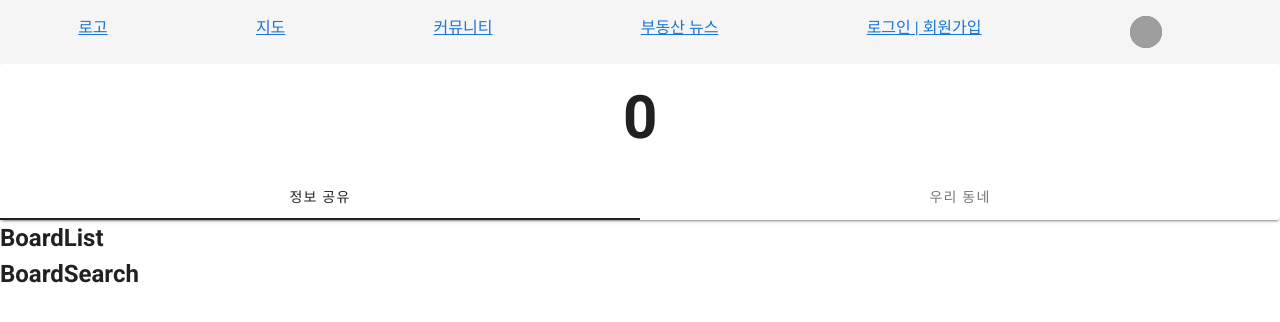
Repository: misso88/vue-whereIsMyHome
Page: /community
These files come from the project's save history. The page is drawn as it stood at one moment and after a run of saves; the edit follows.
The browser window is 1280 px wide. The pictures show the whole page.
The project was rebuilt for these pictures with package versions that can differ from the ones it lists, and the page was loaded fresh each time. Also part of the build but not shown: vue.config.js, src/views/AppMain.vue, src/components/house/sidebar/HouseListItem.vue, src/components/house/sidebar/HouseList.vue, src/components/house/sidebar/HouseListFilter.vue, src/components/house/sidebar/HouseSidebar.vue, src/components/house/map/HouseMapFilter.vue, src/components/house/map/HouseMap.vue and 2 more.

Above is the page before, as saved 2022-11-16 10:47:20.

### public/index.html
<!DOCTYPE html>
<html lang="en">
  <head>
    <meta charset="utf-8" />
    <meta http-equiv="X-UA-Compatible" content="IE=edge" />
    <meta name="viewport" content="width=device-width,initial-scale=1.0" />
    <link rel="icon" href="<%= BASE_URL %>favicon.ico" />
    <title><%= htmlWebpackPlugin.options.title %></title>
    <link
      rel="stylesheet"
      href="https://fonts.googleapis.com/css?family=Roboto:100,300,400,500,700,900"
    />
    <link
      rel="stylesheet"
      href="https://cdn.jsdelivr.net/npm/@mdi/font@latest/css/materialdesignicons.min.css"
    />
    <link
      rel="stylesheet"
      href="https://fonts.googleapis.com/css?family=Roboto:100,300,400,500,700,900"
    />
    <link
      rel="stylesheet"
      href="https://cdn.jsdelivr.net/npm/@mdi/font@latest/css/materialdesignicons.min.css"
    />
    <!-- <style>
      html{
        overflow-y: hidden !important;
      }
    </style> -->
  </head>
  <body>
    <noscript>
      <strong
        >We're sorry but <%= htmlWebpackPlugin.options.title %> doesn't work properly without
        JavaScript enabled. Please enable it to continue.</strong
      >
    </noscript>
    <div id="app"></div>
    <!-- built files will be auto injected -->
  </body>
</html>

### src/App.vue
<template>
  <v-app>
    <v-app-bar app elevation="0" absolute clipped-left>
      <the-header></the-header>
    </v-app-bar>
    <v-main>
      <router-view></router-view>
    </v-main>
  </v-app>
</template>

<script>
import TheHeader from "@/components/layout/TheHeader";

export default {
  name: "App",
  components: {
    TheHeader,
  },
};
</script>

### src/router/index.js
import Vue from 'vue'
import VueRouter from 'vue-router'

import AppMain from '@/views/AppMain'
import AppHouse from '@/views/AppHouse'
// import AppCommunity from '@/views/AppCommunity'
import AppNews from '@/views/AppNews'
// import AppMember from '@/views/AppMember'


Vue.use(VueRouter)

const routes = [
  {
    path: '/',
    name: 'main',
    component: AppMain
  },
  {
    path: '/map',
    name: 'map',
    component: AppHouse
  },
  {
    path: '/community',
    name: 'community',
    component: () => import("@/views/AppCommunity"),
    redirect: "/community/list",
    children: [
      {
        path: "list",
        name: "boardlist",
        component: () => import("@/components/board/BoardList")
      },
    ]
  },
  {
    path: '/news',
    name: 'news',
    component: AppNews
  },
  {
    path: '/member',
    name: 'member',
    component: () => import("@/views/AppMember"),
    children: [
      {
        path: "login",
        name: "login",
        component: () => import("@/components/member/MemberLogin")
      },
      {
        path: "join",
        name: "join",
        component: () => import("@/components/member/MemberJoin")
      },
    ]
  },
  {
    path: "/profile",
    name: "profile",
    component: () => import("@/views/TempProfile"),
    children: [
      {
        path: "mypage",
        name: "mypage",
        component: () => import("@/components/profile/ProfileMypage")
      },
      {
        path: "wishlist",
        name: "wishlist",
        component: () => import("@/components/profile/ProfileWishlist")
      },
      {
        path: "notice",
        name: "notice",
        component: () => import("@/components/profile/ProfileNotice")
      },
      {
        path: "helpcenter",
        name: "helpcenter",
        component: () => import("@/components/profile/ProfileHelpcenter")
      },
    ]
  },
]

const router = new VueRouter({
  mode: 'history',
  base: process.env.BASE_URL,
  routes
})

export default router

### src/store/index.js
import Vue from 'vue'
import Vuex from 'vuex'
import createPersistedState from "vuex-persistedstate";

Vue.use(Vuex)

export default new Vuex.Store({
  state: {
    type: null,
  },
  getters: {
  },
  mutations: {
    SET_TYPE (state, type) {
      state.type = type;
    },
  },
  actions: {
  },
  modules: {},
  plugins: [
    createPersistedState({
      // 브라우저 종료시 제거하기 위해 localStorage가 아닌 sessionStorage로 변경. (default: localStorage)
      storage: sessionStorage,
    }),
  ],

})

### src/components/layout/TheHeader.vue
<template>
  <v-row  class="d-flex justify-space-around">
    <router-link
      v-for="item in header" :key="item.name"
      :to="{ name: item.name}" > {{ item.title }}</router-link>
    <!-- 프로필 -->
     <v-avatar
          class="mr-10"
          color="grey darken-1"
          size="32"
        >
      <v-menu offset-y>
      <template v-slot:activator="{ on, attrs }">
        <v-btn
          color="grey"
          v-bind="attrs"
          v-on="on"
        >
          <!-- 프로필 이미지 -->
        </v-btn>
      </template>
      <v-list>
        <v-list-item
          v-for="(item, index) in profile"
          :key="index"
        >
          <router-link :to="{ name: item.name}" > {{ item.title }}</router-link>
        </v-list-item>
      </v-list>
    </v-menu>
    </v-avatar>
  </v-row>
</template>

<script>
export default {
    name: "TheHeader",
    data() {
        return {
          header: [],
          profile: []
        };
    },
    created() {
      this.header = [
        {
          name: "main",
          title: "로고"
        },
        {
          name: "map",
          title: "지도"
        },
        {
          name: "community",
          title: "커뮤니티"
        },
        {
          name: "news",
          title: "부동산 뉴스"
        },
        {
          name: "login",
          title: "로그인 | 회원가입"
        },
      ],
      this.profile = [
        {
          name: "mypage",
          title: "내정보"
        },
        {
          name: "wishlist",
          title: "찜 목록"
        },
        {
          name: "notice",
          title: "공지사항"
        },
        {
          name: "helpcenter",
          title: "고객센터"
        },
        {
          name: "mypage",
          title: "로그아웃"
        },
      ]
    }
}
</script>

<style>

</style>

### src/views/AppCommunity.vue
<template>
  <div>
    <board-header></board-header>
    <router-view></router-view>
  </div>

</template>

<script>
import BoardHeader from "@/components/board/BoardHeader";

export default {
  name: "AppCommunity",
  components: {
    BoardHeader,
  },
};
</script>

<style>

</style>

### src/components/board/BoardList.vue
<template>
  <div>
    <h2>BoardList</h2>
    <board-search></board-search>
    <div>{{ type }}</div>
  </div>
</template>

<script>
import BoardSearch from "@/components/board/BoardSearch";
export default {
    name: "BoardList",
    data() {
        return {
            type: 0
        }
    },
    created() {
        console.log("created");
        this.type = this.$store.state.type;
        console.log(this.type);
    },
    components: {
        BoardSearch
    }
}
</script>

<style>

</style>

### src/components/board/BoardHeader.vue
<template>
  <!-- <div>
    <h2>BoardHeader</h2>
    <button @click="a('1')">정보 공유</button>
    <button @click="a('2')">우리 동네</button>
  </div> -->
  <v-card>
    <v-card-title class="text-center justify-center py-6">
      <h1 class="font-weight-bold text-h2 basil--text">
        {{tab}}
      </h1>
    </v-card-title>

    <v-tabs
      v-model="tab"
      background-color="transparent"
      color="basil"
      grow
    >
      <v-tab
        v-for="item in tabs"
        :key="item.type"
      >
        {{ item.title }}
      </v-tab>
    </v-tabs>
    <v-tabs-items v-model="tab">
      <v-tab-item
        v-for="item in items"
        :key="item"
      >
        <v-card
          color="basil"
          flat
        >
          <v-card-text>{{ text }}</v-card-text>
        </v-card>
      </v-tab-item>
    </v-tabs-items>
  </v-card>
</template>

<script>
export default {
    name: "BoardHeader",
    data () {
      return {
        tab: 0,
        tabs: [
          {
            type: 0,
            title: "정보 공유"
          },
          {
            type: 1,
            title: "우리 동네"
          },
        ],
     }
    },
    // created() {
    //   this.tab = this.tabs[0].title;
    // },
    computed: {
      checkTab() {
        return this.tab.title;
      }
    },
    methods: {
        a(type){
            this.$store.commit("SET_TYPE", type);
            this.$router.go({
                name: "boardlist",
            });
        }
    },
};
</script>

<style>

</style>

### src/components/board/BoardSearch.vue
<template>
  <div>
    <h2>BoardSearch</h2>
  </div>
</template>

<script>
export default {

}
</script>

<style>

</style>

Loaded but not shown: src/main.js (common file); src/plugins/vuetify.js (common file)

After the next 2 saves:
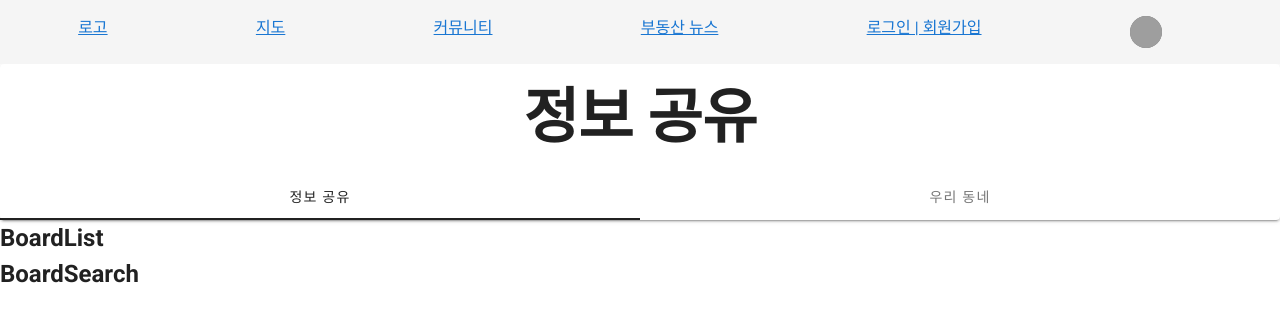
The 2 saves are shown as one change because they came seconds apart.
The last was saved 20 s later.
--- a/src/components/board/BoardHeader.vue
+++ b/src/components/board/BoardHeader.vue
@@ -7,7 +7,7 @@
   <v-card>
     <v-card-title class="text-center justify-center py-6">
       <h1 class="font-weight-bold text-h2 basil--text">
-        {{tab}}
+        {{tabs[tab].title}}
       </h1>
     </v-card-title>
 
